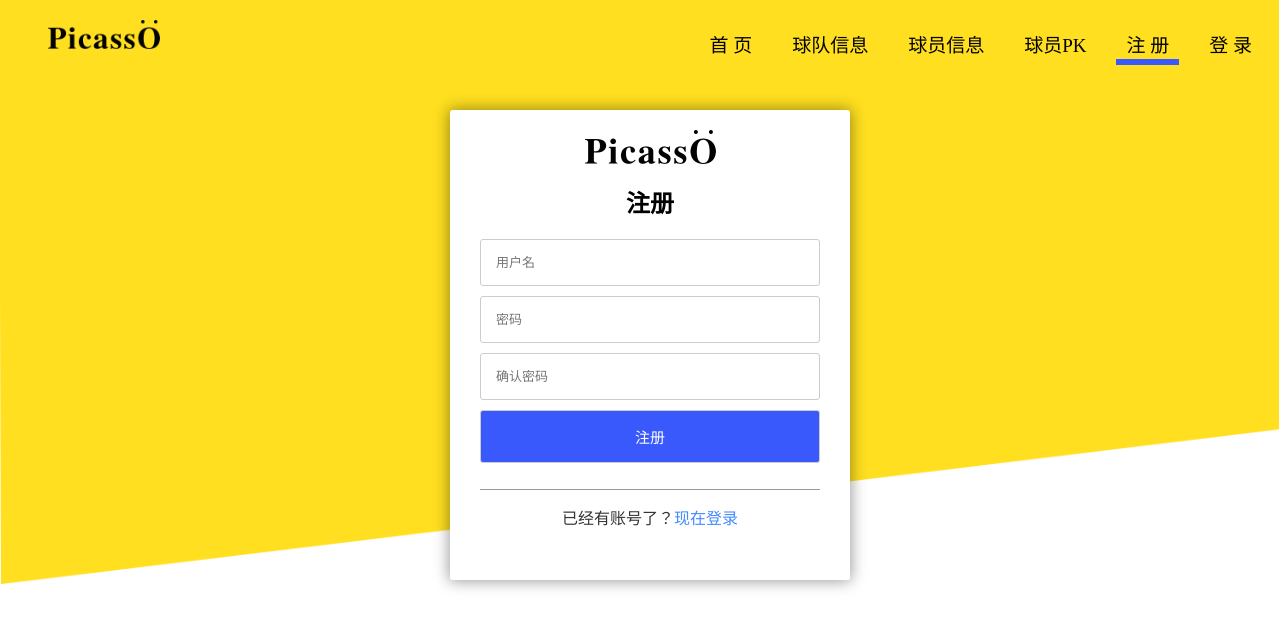
Repository: cciixx/nba-prediction-sys
Page: public/register.html
The author's editor kept a copy of each file at every save. The page is drawn from the files as they stood at one save, then again after the next save.
The browser window is 1280 px wide. The pictures show the whole page.

Above is the page before, as saved 2020-04-04 11:03:30.

After the next save:
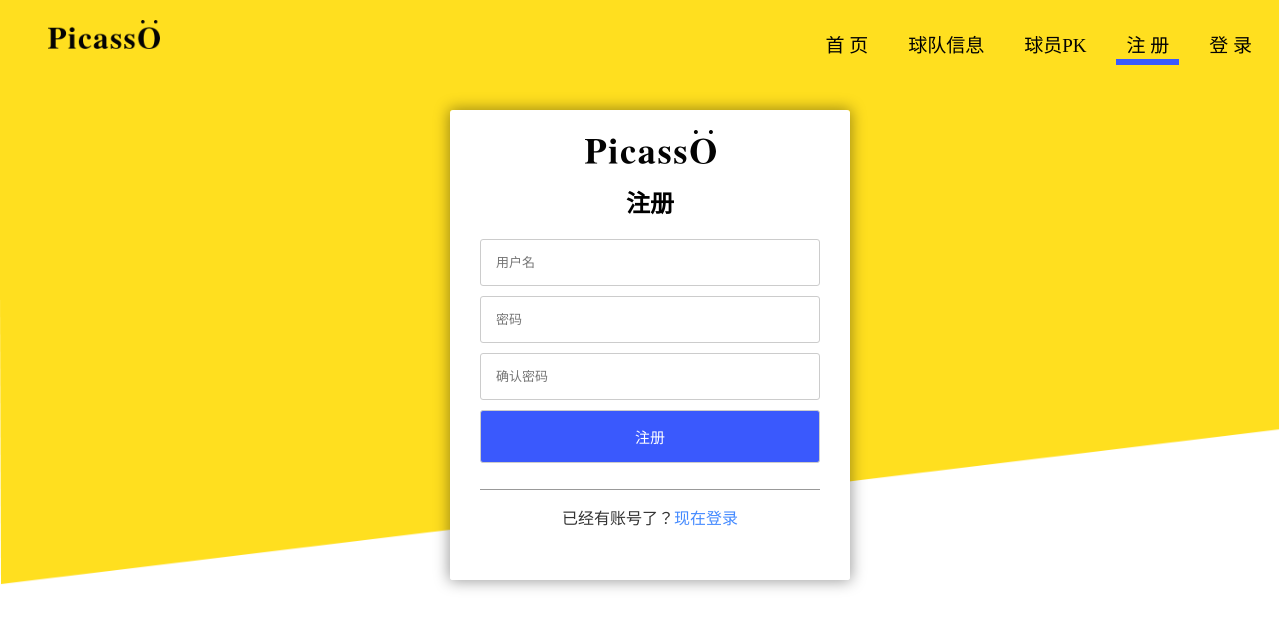
Saved 4 s later.
--- a/public/register.html
+++ b/public/register.html
@@ -18,7 +18,7 @@
 		<li><a href="login.html">登 录</a></li>
 		<li style="border-bottom: 6px solid #3a59fd;"><a href="register.html">注 册</a></li>
 		<li><a href="PK_index.html">球员PK</a></li>
-		<li><a href="player.html">球员信息</a></li>
+		<!-- <li><a href="player.html">球员信息</a></li> -->
 		<li><a href="team.html">球队信息</a></li>
 		<!-- <li><a href="predict.html">赛事预测</a></li> -->
 		<li><a href="first.html">首 页</a></li>
